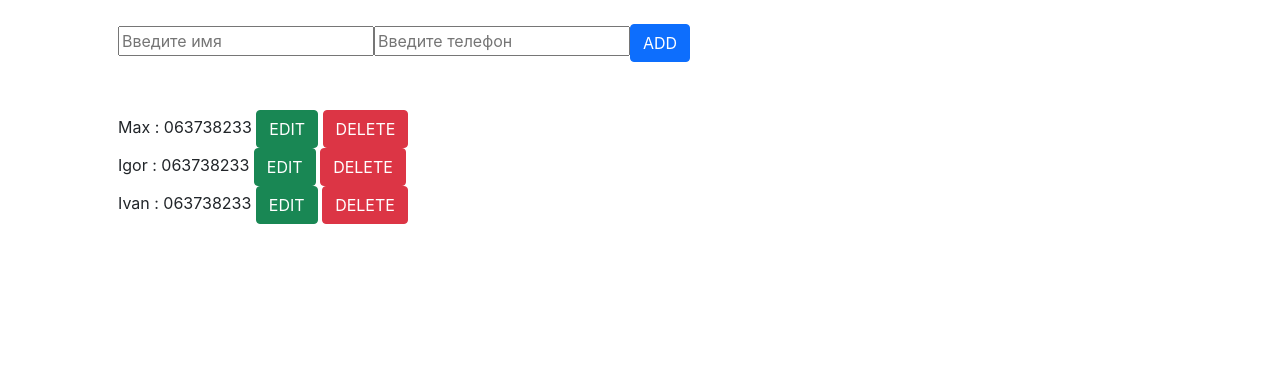
Repository: tsydikov/phone_book
Page: /
The author's editor kept a copy of each file at every save. The page is drawn from the files as they stood at one save, then again after the next save.
The browser window is 1280 px wide. The pictures show the whole page.
The project was rebuilt for these pictures with package versions that can differ from the ones it lists, and the page was loaded fresh each time. Also part of the build but not shown: src/App.css, src/components/Update.jsx.

Above is the page before, as saved 2021-10-07 22:11:08.

### public/index.html
<!DOCTYPE html>
<html lang="en">
  <head>
    <meta charset="utf-8" />
    <meta name="viewport" content="width=device-width, initial-scale=1" />
    <meta name="theme-color" content="#000000" />
    <link
      rel="stylesheet"
      href="https://cdn.jsdelivr.net/npm/bootstrap@5.1.1/dist/css/bootstrap.min.css"
      integrity="sha384-F3w7mX95PdgyTmZZMECAngseQB83DfGTowi0iMjiWaeVhAn4FJkqJByhZMI3AhiU"
      crossorigin="anonymous"
    />
    <title>Briz test</title>
  </head>
  <body>
    <noscript>You need to enable JavaScript to run this app.</noscript>
    <div id="root"></div>
  </body>
</html>

### src/index.js
import React from "react";
import ReactDOM from "react-dom";
import "./index.css";
import App from "./App";
import { Provider } from "react-redux";
import { store } from "./store/reducer";

ReactDOM.render(
  <Provider store={store}>
    <App />
  </Provider>,
  document.getElementById("root")
);

### src/App.js
import React from "react";
import { Col, Container, Row } from "react-bootstrap";
import "./App.css";
import Form from "./components/Form";
import PhoneList from "./components/PhoneList";

function App() {
  return (
    <Container>
      <Row>
        <Col className="p-4">
          <Form />
        </Col>
      </Row>
      <Row>
        <Col className="p-4">
          <PhoneList />
        </Col>
      </Row>
    </Container>
  );
}

export default App;

### src/store/reducer.js
import { createStore } from "redux";
import { CREATE, DELETE, UPDATE } from "./types";

const defaultState = {
  phoneBook: [
    { id: 1, name: "Max", phoneNamber: "063738233" },
    { id: 2, name: "Igor", phoneNamber: "063738233" },
    { id: 3, name: "Ivan", phoneNamber: "063738233" },
  ],
};

const reducer = (state = defaultState, action) => {
  switch (action.type) {
    case CREATE:
      return { ...state, phoneBook: [...state.phoneBook, action.payload] };
    case DELETE:
      return {
        ...state,
        phoneBook: state.phoneBook.filter(
          (phone) => phone.id !== action.payload
        ),
      };
    case UPDATE:
      return {
        ...state,
        phoneBook: state.phoneBook.map((item) => {
          if (item.id === action.payload.id) {
            return {
              ...item,
              ...action.payload,
            };
          } else {
            return item;
          }
        }),
      };
    default:
      return state;
  }
};

export const store = createStore(reducer);

### src/components/Form.jsx
import React, { useState } from "react";
import { Button, Container } from "react-bootstrap";
import { useDispatch } from "react-redux";
import { addItem } from "../store/actions";

const Form = () => {
  const [name, setName] = useState("");
  const [phone, setPhone] = useState("");
  const dispatch = useDispatch();
  const addNewPhoneBookItem = () => {
    const newItem = {
      id: Date.now(),
      name: name,
      phoneNamber: phone,
    };
    if (name && phone) {
      dispatch(addItem(newItem));
      setName("");
      setPhone("");
    } else alert("поле имя и телефон должно быть заполнено");
  };
  return (
    <Container>
      <input
        type="text"
        value={name}
        placeholder="Введите имя"
        onChange={(e) => setName(e.target.value)}
      />
      <input
        type="text"
        value={phone}
        placeholder="Введите телефон"
        onChange={(e) => setPhone(e.target.value)}
      />
      <Button onClick={addNewPhoneBookItem}>ADD</Button>
    </Container>
  );
};

export default Form;

### src/components/PhoneList.jsx
import React, { useState } from "react";
import { useSelector } from "react-redux";
import PhoneItem from "./PhoneItem";
import Update from "./Update";

const PhoneList = () => {
  const [editItemActive, setEditItemActive] = useState(null);
  const phoneBook = useSelector((state) => state.phoneBook);
  const editPhoneBookItem = (id) => {
    setEditItemActive(id);
  };
  return (
    <div>
      {editItemActive ? (
        <Update
          key={editItemActive}
          updateId={editItemActive}
          update={setEditItemActive}
        />
      ) : (
        phoneBook.map((phone) => (
          <PhoneItem
            key={phone.id}
            phone={phone}
            editItem={editPhoneBookItem}
          />
        ))
      )}
    </div>
  );
};

export default PhoneList;

### src/store/types.js
export const CREATE = "CREATE";
export const UPDATE = "UPDATE";
export const DELETE = "DELETE";

### src/store/actions.js
import { CREATE, DELETE, UPDATE } from "./types";

export const addItem = (item) => ({ type: CREATE, payload: item });
export const deleteItem = (id) => ({ type: DELETE, payload: id });
export const updateItem = (item) => ({ type: UPDATE, payload: item });

### src/components/PhoneItem.jsx
import React from "react";
import { Button, Col, Container, Row } from "react-bootstrap";
import { useDispatch } from "react-redux";
import { deleteItem } from "../store/actions";

const PhoneItem = ({ phone, editItem }) => {
  const dispatch = useDispatch();
  const deletePhoneBookItem = () => {
    dispatch(deleteItem(phone.id));
  };
  return (
    <Container>
      <Row>
        <Col>
          {phone.name} : {phone.phoneNamber}{" "}
          <Button variant="success" onClick={() => editItem(phone.id)}>
            EDIT
          </Button>{" "}
          <Button variant="danger" onClick={deletePhoneBookItem}>
            DELETE
          </Button>
        </Col>
      </Row>
    </Container>
  );
};

export default PhoneItem;

Loaded but not shown: src/index.css (common file)

After the next save:
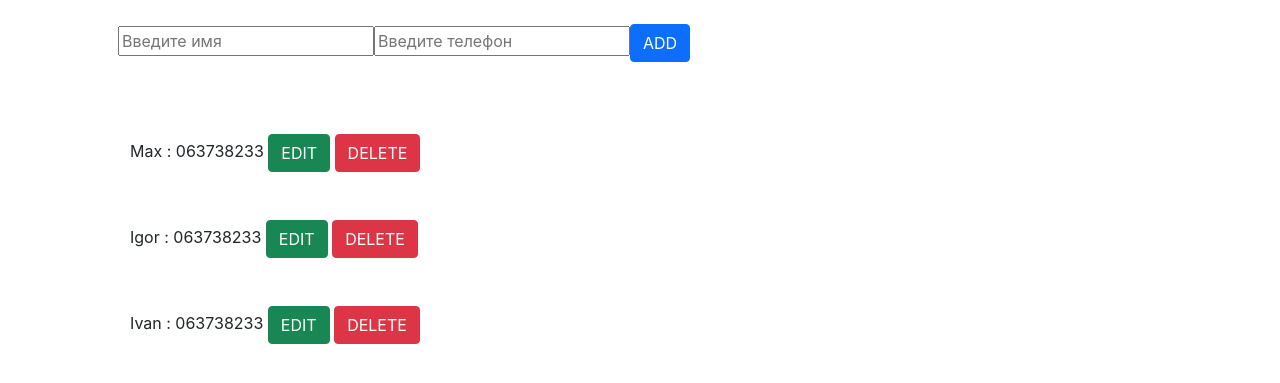
Saved 34 s later.
--- a/src/components/PhoneItem.jsx
+++ b/src/components/PhoneItem.jsx
@@ -11,7 +11,7 @@ const PhoneItem = ({ phone, editItem }) => {
   return (
     <Container>
       <Row>
-        <Col>
+        <Col className="p-4">
           {phone.name} : {phone.phoneNamber}{" "}
           <Button variant="success" onClick={() => editItem(phone.id)}>
             EDIT
